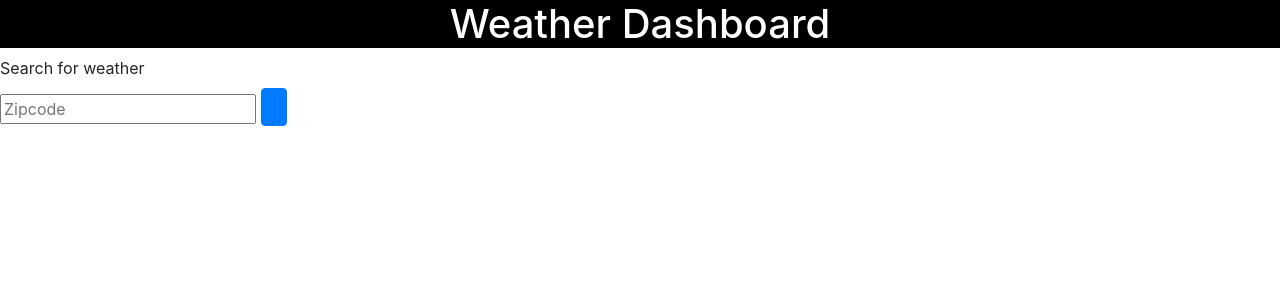
Repository: s88leigh/Weather-Dashboard
Page: index.html
The author's editor kept a copy of each file at every save. The page is drawn from the files as they stood at one save, then again after a run of saves.
The browser window is 1280 px wide. The pictures show the whole page.

Above is the page before, as saved 2019-10-30 20:18:52.

### index.html
<!DOCTYPE html>
<html lang="en">
<head>
    <meta charset="UTF-8">
    <meta name="viewport" content="width=device-width, initial-scale=1.0">
    <meta http-equiv="X-UA-Compatible" content="ie=edge">
    <link rel="stylesheet" href="https://stackpath.bootstrapcdn.com/bootstrap/4.3.1/css/bootstrap.min.css" integrity="sha384-ggOyR0iXCbMQv3Xipma34MD+dH/1fQ784/j6cY/iJTQUOhcWr7x9JvoRxT2MZw1T" crossorigin="anonymous">
    <link rel="stylesheet" href="style.css">
    <title>Weather Dashboard</title>
</head>
<body>

    <div id="box">
        <h1>Weather Dashboard</h1>
    </div>

    <div id="left-b0x">
        <form id="weather-form">
            <label for="weather-input">Search for weather</label>
            <br>
            <input type="text" id="movie-input" placeholder="Zipcode">

            <!-- Button will trigger new zipcode to be added -->
            <input id="add zipcode" class="btn btn-primary mb-2" type="submit" value=""
        </form>

    </div>




</body>
</html>

### style.css


h1 {
    color: white;
    text-align: center;
    background-color: black;
}
#left-box {
    float: left;
    width: 30%;
    height: 500px;
    border: 1px solid black;
    padding: 10px;
    box-shadow: 5px 10px lightgray;


}
#right-box {
    float: left;
    width: 70%;
    height: 500px;
    border: 1px solid black;
    padding: 10px;
    box-shadow: 5px 10px lightgray;
}

After the next 2 saves:
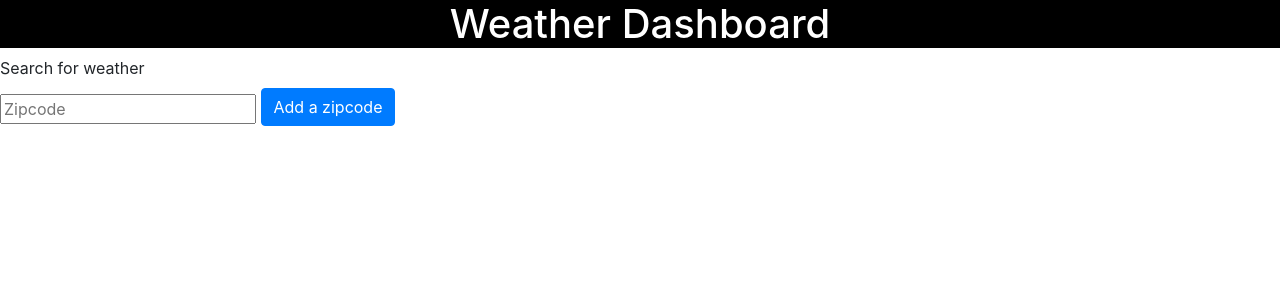
The 2 saves are shown as one change because they came seconds apart.
The last was saved 7 s later.
--- a/index.html
+++ b/index.html
@@ -21,7 +21,7 @@
             <input type="text" id="movie-input" placeholder="Zipcode">
 
             <!-- Button will trigger new zipcode to be added -->
-            <input id="add zipcode" class="btn btn-primary mb-2" type="submit" value=""
+            <input id="add zipcode" class="btn btn-primary mb-2" type="submit" value="Add a zipcode"
         </form>
 
     </div>
